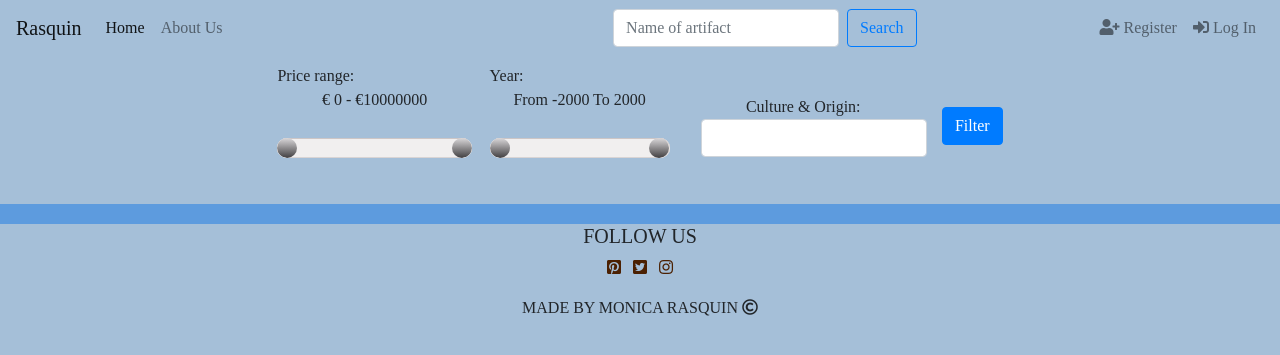
Repository: Rasquin/auction
Page: templates/base.html
The author's editor kept a record of every edit. The page is drawn from the files as they stood at one moment, then again after the next edit.
The browser window is 1280 px wide. The pictures show the whole page.
The template is drawn by Django 2.2. The application's start-up code is not run. Other server files are loaded and not shown. The template is opened directly, without the code that normally fills it, so the values that code supplies are empty.

Above is the page before.

### templates/base.html
<!DOCTYPE html>

{% load staticfiles %}


<html lang="en">

<head>
    <meta charset="UTF-8">
    <meta name="viewport" content="width=device-width, initial-scale=1.0">
    <meta http-equiv="X-UA-Compatible" content="ie=edge">

    <!-- favicon icon-->
	<link rel="shortcut icon" href="{% static 'icon/lizzy.ico' %}" />

    <!-- Bootstrap compiled and minified CSS -->
    <link rel="stylesheet" href="https://stackpath.bootstrapcdn.com/bootstrap/4.3.1/css/bootstrap.min.css" integrity="sha384-ggOyR0iXCbMQv3Xipma34MD+dH/1fQ784/j6cY/iJTQUOhcWr7x9JvoRxT2MZw1T" crossorigin="anonymous">

    <!-- Font Awesome compiled and minified CSS -->
    <link rel="stylesheet" href="{% static 'font-awesome/css/all.css' %}">



    <!-- Own CSS -->
    <link rel="stylesheet" href="{% static 'css/mystyle.css' %}" type="text/css" />


    <!-- Own Scripts -->
    <script type="text/javascript" src="{% static 'js/myscript.js' %}"></script>

    <title>{% block page_title %}{% endblock %}</title>

</head>


<body>
    <!-- NavBar area -->
    <nav class="navbar navbar-expand-lg navbar-light bg-light">
        <!-- NavBar Brand-->
        <a class="navbar-brand" href="#">Rasquin</a>
        <button class="navbar-toggler" type="button" data-toggle="collapse" data-target="#navbarSupportedContent" aria-controls="navbarSupportedContent" aria-expanded="false" aria-label="Toggle navigation">
            <span class="navbar-toggler-icon"></span>
        </button>

        <div class="collapse navbar-collapse" id="navbarSupportedContent">
            <!-- NavBar Home & ABout-->
            <ul class="navbar-nav mr-auto">
                <li class="nav-item active">
                    <a class="nav-link" href="{% url 'index' %}">Home <span class="sr-only">(current)</span></a>
                </li>
                <li class="nav-item">
                    <a class="nav-link" href="{% url 'about' %}">About Us</a>
                </li>

            </ul>
            <!-- NavBar Search -->
            <form action="{% url 'search_by_name' %}" method="get" class="form-inline my-2 my-lg-0 margin-search-form">
                {% csrf_token %}
                <input class="form-control mr-sm-2" id="artifact_name" name="artifact_name" required placeholder="Name of artifact" aria-label="Search">
                <button class="btn btn-outline-primary my-2 my-sm-0" type="search">Search</button>
            </form>
            <!-- NavBar User status-->
            <ul class="navbar-nav navbar-right">
                    {% if user.is_authenticated %}
                        <li class="nav-item">
                            <a class="nav-link" href="{% url 'profile' %}"><i class="fa fa-user"></i> Profile</a>
                        </li>
                        <li class="nav-item">
                            <a class="nav-link" href="{% url 'logout' %}"><i class="fa fa-sign-out-alt"></i> Log Out</a>
                        </li>
                        <li class="nav-item">
                            <a class="nav-link" href="{% url 'view_my_biddings' %}"><i class="fas fa-gavel"></i>My Biddings </a>
                        </li>
                    {%  else %}
                        <li class="nav-item">
                            <a class="nav-link" href="{% url 'register' %}"><i class="fa fa-user-plus"></i> Register</a>
                        </li>
                        <li class="nav-item">
                            <a class="nav-link" href="{% url 'login' %}"><i class="fa fa-sign-in-alt"></i> Log In</a>
                        </li>
                    {% endif %}
                </ul>
        </div>
    </nav>

    <!-- Filter area -->

    <nav class="navbar navbar-light justify-content-center">
        <form action="{% url 'filters' %}" method="get" class="form-inline">
            {% csrf_token %}
            <!-- Price Filter -->
            <div class="form-group mb-2" >
                <label for="amount">Price range:</label>

                <div class="col-11">
                    <section class="range-slider-price range-slider">
                        <span class="rangePriceValues rangeValues"></span>
                        <input value="0" min="0" max="10000000" step="5000" type="range" name="min_price">
                        <input value="10000000" min="0" max="10000000" step="5000" type="range" name="max_price">
                    </section>
                </div>
            </div>
            <!-- Year Filter -->
            <div class="form-group mb-2" >
                <label  for="amount">Year:</label>

                <div class="col-11">
                    <section class="range-slider-year range-slider">

                        <span class="rangeYearValues"></span>
                        <input value="-2000" min="-2000" max="2020" step="200" type="range" name="min_year">
                        <input value="2020" min="-2000" max="2020" step="200" type="range" name="max_year">
                    </section>
                </div>
            </div>
            <!-- Origin Filter -->
            <div class="form-group mb-2">
                <div class="col-11">
                    <label for="origin">Culture & Origin:</label>
                    <input type="text" class="form-control" id="artifact_origin" name="artifact_origin">
                </div>
            </div>
            <!-- Filter Button -->

                <button class="btn btn-primary mb-2" type="search">Filter</button>


        </form>
    </nav>




    <!-- Messages area -->
    {% if messages %}
    <div class="alert alert-success">
            <div class="messages">
                {% for message in messages %}
                    {{ message }}
                {% endfor %}
            </div>
        </div>
    {% endif %}

    <!-- Content area -->
    <div class="container-general">

        <!-- Block content area -->
        <div class="container-fluid">
            {% block content %} {% endblock %}
        </div>

    </div>

    <!-- Footer area -->
    <footer class="container-fluid">


        <!-- SOCIAL MEDIA-->
        <div class="row ">
            <div class="col-12 text-center">
                <h5 class="text-uppercase">Follow Us</h5>
                <ul class="list-inline social-links">
                    <li class="list-inline-item"><a href="#"><i class="fab fa-pinterest-square"  aria-hidden="true"></i></a></li>
                    <li class="list-inline-item"><a href="#"><i class="fab fa-twitter-square" aria-hidden="true"></i></a></li>
                    <li class="list-inline-item"><a href="#"><i class="fab fa-instagram" aria-hidden="true"></i></a></li>
                </ul>
            </div>
        </div>

        <!--COPYRIGHT-->
        <div class="row ">
            <div class="col-12">

                <p class="text-center text-uppercase">Made by Monica Rasquin <i class="far fa-copyright"></i> </p>
            </div>
        </div>
    </footer>


    <!-- Bootstrap compiled and minified JavaScript -->
    <script src="https://code.jquery.com/jquery-3.3.1.slim.min.js" integrity="sha384-q8i/X+965DzO0rT7abK41JStQIAqVgRVzpbzo5smXKp4YfRvH+8abtTE1Pi6jizo" crossorigin="anonymous"></script>
    <script src="https://cdnjs.cloudflare.com/ajax/libs/popper.js/1.14.7/umd/popper.min.js" integrity="sha384-UO2eT0CpHqdSJQ6hJty5KVphtPhzWj9WO1clHTMGa3JDZwrnQq4sF86dIHNDz0W1" crossorigin="anonymous"></script>
    <script src="https://stackpath.bootstrapcdn.com/bootstrap/4.3.1/js/bootstrap.min.js" integrity="sha384-JjSmVgyd0p3pXB1rRibZUAYoIIy6OrQ6VrjIEaFf/nJGzIxFDsf4x0xIM+B07jRM" crossorigin="anonymous"></script>
    {% block head_js %} {% endblock %}

</body>
</html>

### static/js/myscript.js
//--------------------------------------Slider for Prices filter
function getPriceVals() {
    // Get slider price values
    var parent = this.parentNode;
    var slides = parent.getElementsByTagName("input");
    var slide1 = parseFloat(slides[0].value);
    var slide2 = parseFloat(slides[1].value);
    // Neither slider will clip the other, so make sure we determine which is larger
    if (slide1 > slide2) { var tmp = slide2;
        slide2 = slide1;
        slide1 = tmp; }

    var displayElement = parent.getElementsByClassName("rangePriceValues")[0];
    displayElement.innerHTML = "€ " + slide1 + " - €" + slide2;
}

//--------------------------------------Slider for Year filter
function getYearVals() {
    // Get Year slider values
    var parent = this.parentNode;
    var slides = parent.getElementsByTagName("input");
    var slide1 = parseFloat(slides[0].value);
    var slide2 = parseFloat(slides[1].value);
    // Neither slider will clip the other, so make sure we determine which is larger
    if (slide1 > slide2) { var tmp = slide2;
        slide2 = slide1;
        slide1 = tmp; }

    var displayElement = parent.getElementsByClassName("rangeYearValues")[0];
    displayElement.innerHTML = "From " + slide1 + " To " + slide2;
}

//----------------------------------------------- Initialize Sliders
window.onload = function() {
    // For Price
    var sliderSectionsPrice = document.getElementsByClassName("range-slider-price");
    for (var x = 0; x < sliderSectionsPrice.length; x++) {
        var slidersPrice = sliderSectionsPrice[x].getElementsByTagName("input");
        for (var y = 0; y < slidersPrice.length; y++) {
            if (slidersPrice[y].type === "range") {
                slidersPrice[y].oninput = getPriceVals;
                // Manually trigger event first time to display values
                slidersPrice[y].oninput();
            }
        }
    }
    // For Year
    var sliderSectionsYear = document.getElementsByClassName("range-slider-year");
    for (var x = 0; x < sliderSectionsYear.length; x++) {
        var slidersYear = sliderSectionsYear[x].getElementsByTagName("input");
        for (var y = 0; y < slidersYear.length; y++) {
            if (slidersYear[y].type === "range") {
                slidersYear[y].oninput = getYearVals;
                // Manually trigger event first time to display values
                slidersYear[y].oninput();
            }
        }
    }
}

Loaded but not shown: static/font-awesome/css/all.css (library); static/css/mystyle.css (common file)

After the next edit:
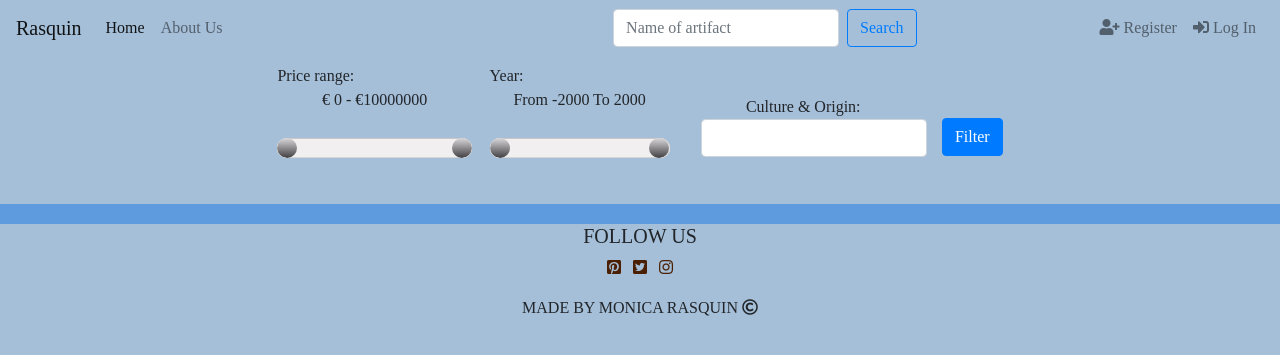
The edit:
--- a/templates/base.html
+++ b/templates/base.html
@@ -122,7 +122,7 @@
             </div>
             <!-- Filter Button -->
 
-                <button class="btn btn-primary mb-2" type="search">Filter</button>
+                <button class="btn btn-primary mb-2 margin-top" type="search">Filter</button>
 
 
         </form>
